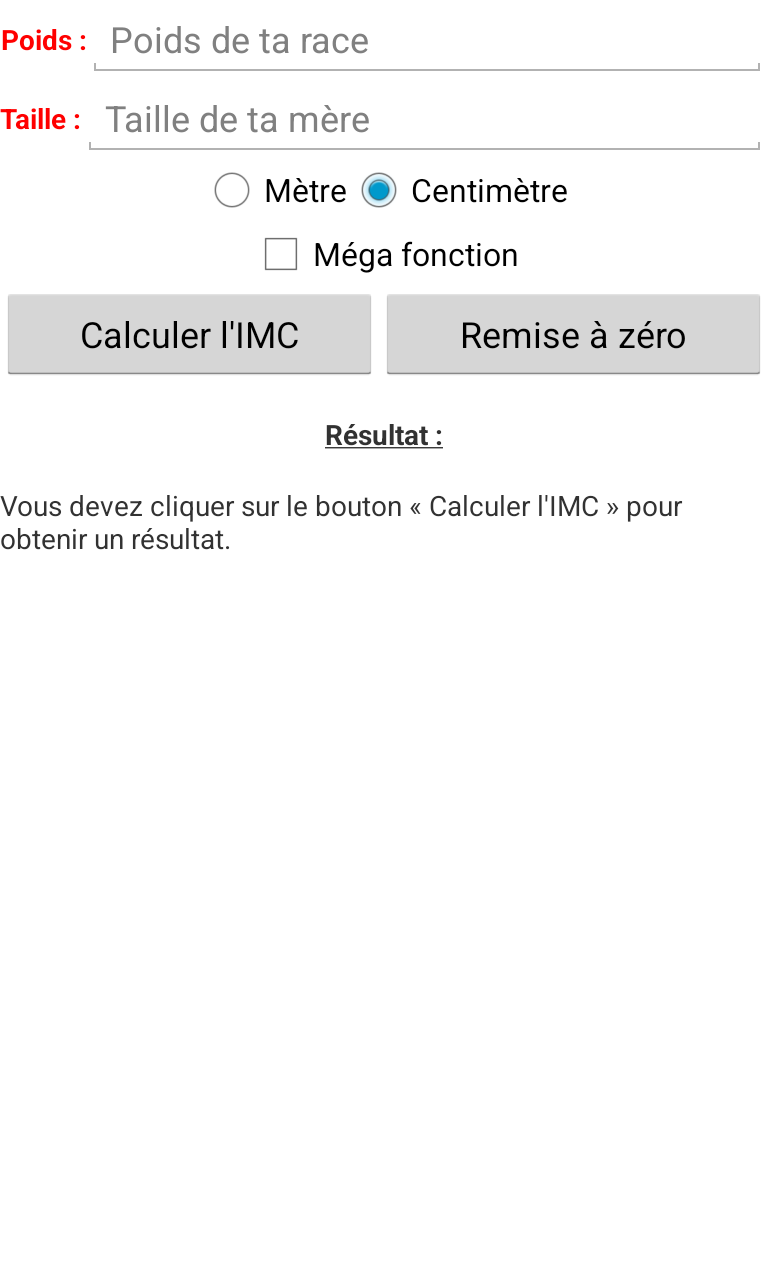
Repository: BlackyFox/PST4-NFC
Layout: Antoine/App_test/res/layout/activity_main.xml
These files come from the project's save history. The layout is drawn as it stood at one moment and after the next save; the edit follows.
It is drawn on a 768 x 1280 px phone screen (xhdpi) without system bars, with theme AppTheme; the app's code is not run.

Above is the layout before, as saved 2014-11-03 16:56:23.

### Antoine/App_test/res/layout/activity_main.xml
<?xml version="1.0" encoding="utf-8"?>
<LinearLayout xmlns:android="http://schemas.android.com/apk/res/android"
  android:layout_width="fill_parent"
  android:layout_height="fill_parent"
  android:orientation="vertical">
  <LinearLayout
      android:layout_width="fill_parent"
      android:layout_height="wrap_content"
      android:orientation="horizontal">

      <TextView
          android:layout_width="wrap_content"
          android:layout_height="fill_parent"
          android:text="@string/poids"
          android:textStyle="bold"
          android:textColor="#FF0000"
          android:gravity="center"/>
      <EditText
          android:id="@+id/poids"
          android:layout_width="fill_parent"
          android:layout_height="wrap_content"
          android:hint="@string/hint_poids"
          android:inputType="numberDecimal"/>
  </LinearLayout>

    <LinearLayout
      android:layout_width="fill_parent"
      android:layout_height="wrap_content"
      android:orientation="horizontal">

        <TextView
          android:layout_width="wrap_content"
          android:layout_height="fill_parent"
          android:text="@string/taille"
          android:textStyle="bold"
          android:textColor="#FF0000"
          android:gravity="center"/>
        <EditText
          android:id="@+id/taille"
          android:layout_width="fill_parent"
          android:layout_height="wrap_content"
          android:hint="@string/hint_taille"
          android:inputType="numberDecimal"/>
    </LinearLayout>
<RelativeLayout
  android:layout_width="wrap_content"
  android:layout_height="wrap_content"
  android:layout_gravity="center">

  <RadioGroup
    android:id="@+id/group"
    android:layout_width="wrap_content"
    android:layout_height="wrap_content"
    android:checkedButton="@+id/radio2"
    android:orientation="horizontal">
    <RadioButton
      android:id="@+id/radio1"
      android:layout_width="wrap_content"
      android:layout_height="wrap_content"
      android:text="@string/m"
    />
    <RadioButton
      android:id="@+id/radio2"
      android:layout_width="wrap_content"
      android:layout_height="wrap_content"
      android:text="@string/cm"
    />
  </RadioGroup>
    </RelativeLayout>
    <RelativeLayout
  android:layout_width="wrap_content"
  android:layout_height="wrap_content"
  android:layout_gravity="center">
  <CheckBox
    android:id="@+id/mega"
    android:layout_width="wrap_content"
    android:layout_height="wrap_content"
    android:text="@string/mega"
  />
    </RelativeLayout>
  <LinearLayout
      android:layout_width="fill_parent"
      android:layout_height="wrap_content"
      android:orientation="horizontal">

      <Button
          android:id="@+id/calcul"
          android:layout_width="wrap_content"
          android:layout_height="wrap_content"
          android:text="@string/calcul"
          android:layout_weight="1"
          /><!--
          android:background="?android:attr/selectableItemBackground"
          bug 1 fois sur 2 -->
      <Button
          android:id="@+id/raz"
          android:layout_width="wrap_content"
          android:layout_height="wrap_content"
          android:text="@string/raz"
          android:layout_weight="1"/><!--

          android:background="@color/Wheat"
          android:background="?android:attr/selectableItemBackground"
           bug 1 fois sur 2 -->
  </LinearLayout>
<RelativeLayout
  android:layout_width="wrap_content"
  android:layout_height="wrap_content"
  android:layout_gravity="center">
  <TextView
    android:layout_width="wrap_content"
    android:layout_height="wrap_content"
    android:text="@string/resultat"
    android:textStyle="bold"
  />
  </RelativeLayout>
  <TextView
    android:id="@+id/result"
    android:layout_width="fill_parent"
    android:layout_height="fill_parent"
    android:text="@string/result"
  />
</LinearLayout>

### Antoine/App_test/res/values/strings.xml
<?xml version="1.0" encoding="utf-8"?>
<resources>

    <string name="app_name">App_test</string>
    <string name="hello_world">Hello world!</string>
    <string name="action_settings">Settings</string>
    <string name="poids">Poids :</string>
    <string name="hint_poids">Poids de ta race</string>
    <string name="result">Vous devez cliquer sur le bouton « Calculer l\'IMC » pour obtenir un résultat.</string>
    <string name="resultat">\n<b><u>Résultat :</u></b>\n</string>
    <string name="raz">Remise à zéro</string>
    <string name="calcul">Calculer l\'IMC</string>
    <string name="mega">Méga fonction</string>
    <string name="cm">Centimètre</string>
    <string name="m">Mètre</string>
    <string name="taille">Taille :</string>
    <string name="hint_taille">Taille de ta mère</string>

</resources>

Loaded but not shown: Antoine/App_test/res/values/styles.xml (common file); Antoine/App_test/res/values-v11/styles.xml (common file); Antoine/App_test/res/values-v14/styles.xml (common file); Antoine/App_test/res/values/colors.xml (common file)

After the next save:
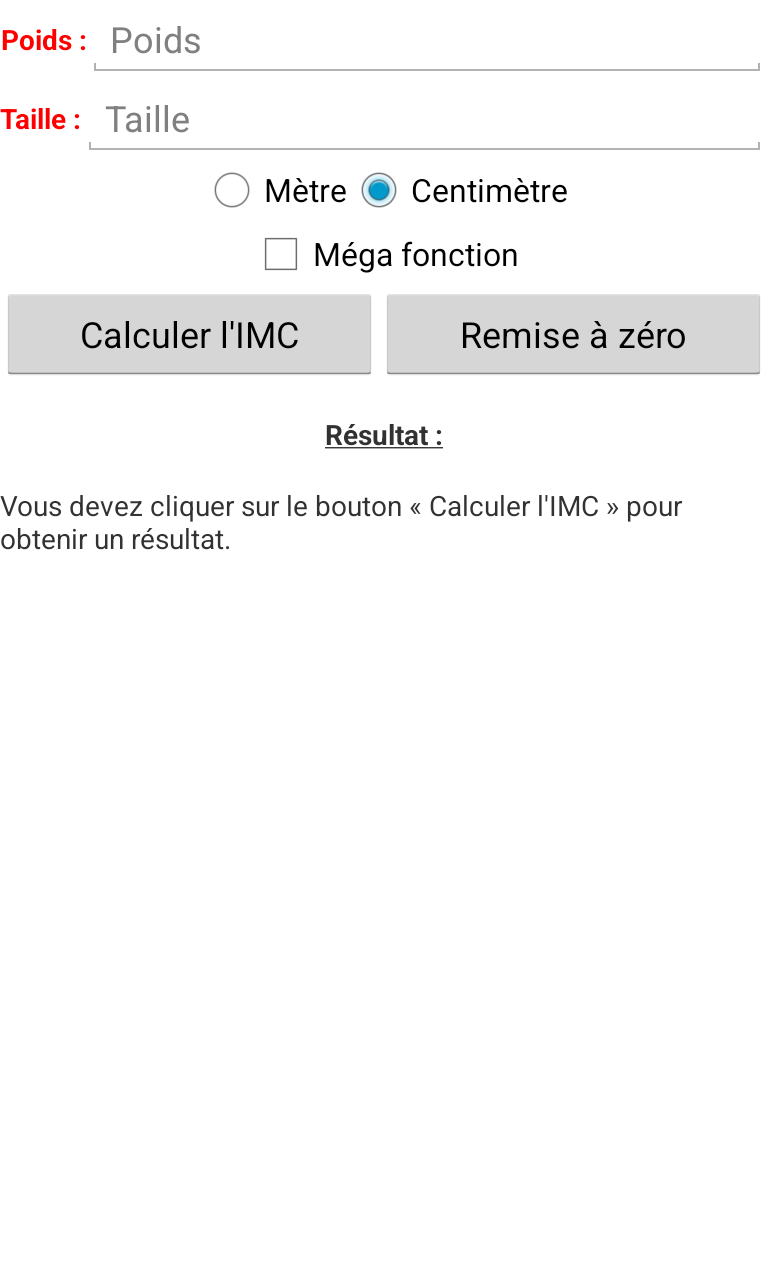
Saved 54 s later.
--- a/Antoine/App_test/res/values/strings.xml
+++ b/Antoine/App_test/res/values/strings.xml
@@ -5,7 +5,7 @@
     <string name="hello_world">Hello world!</string>
     <string name="action_settings">Settings</string>
     <string name="poids">Poids :</string>
-    <string name="hint_poids">Poids de ta race</string>
+    <string name="hint_poids">Poids</string>
     <string name="result">Vous devez cliquer sur le bouton « Calculer l\'IMC » pour obtenir un résultat.</string>
     <string name="resultat">\n<b><u>Résultat :</u></b>\n</string>
     <string name="raz">Remise à zéro</string>
@@ -14,6 +14,6 @@
     <string name="cm">Centimètre</string>
     <string name="m">Mètre</string>
     <string name="taille">Taille :</string>
-    <string name="hint_taille">Taille de ta mère</string>
+    <string name="hint_taille">Taille</string>
 
 </resources>
